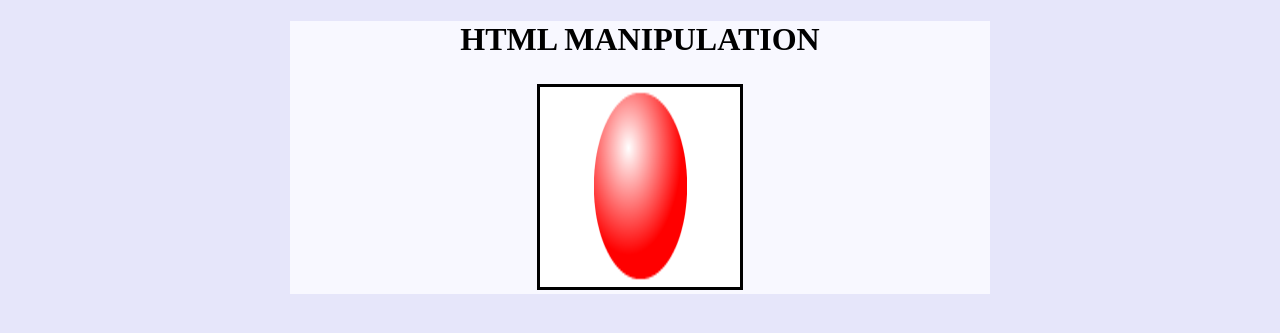
Repository: 2001mariana/jquery
Page: html-manipulation.html
These files come from the project's save history. The page is drawn as it stood at one moment and after the next save; the edit follows.
The browser window is 1280 px wide. The pictures show the whole page.

Above is the page before, as saved 2022-07-27 10:13:57.

### html-manipulation.html
<!DOCTYPE html>
<html>
<head>
    <meta charset='utf-8'>
    <meta http-equiv='X-UA-Compatible' content='IE=edge'>
    <title>Parte 1- select elements</title>
    <meta name='viewport' content='width=device-width, initial-scale=1'>
    <!-- <link rel='stylesheet' type='text/css' media='screen' href='main.css'> -->
    <!-- <script src='main.js'></script> -->
    <script src="https://code.jquery.com/jquery-3.6.0.min.js" integrity="sha256-/xUj+3OJU5yExlq6GSYGSHk7tPXikynS7ogEvDej/m4=" crossorigin="anonymous"></script>
</head>
<body style="background-color: #E6E6FA;">
    <div id="page-size" style="background-color: #F8F8FF;">
      <h1>HTML MANIPULATION</h1>
      <img src="img/esfera_1.png" border="3" />
      </div>
</body>
<script>
$("h1").css("color: #6A5ACD")
$("h1").css("margin-bottom", "26px")
$("body").css("text-align", "center")
$("div#page-size").css("width", "700px")
$("div#page-size").css("margin", "auto")

$('img').attr('style', 'background-color: blue; width: 200px; height: 200px')
</script>
</html>

After the next save:
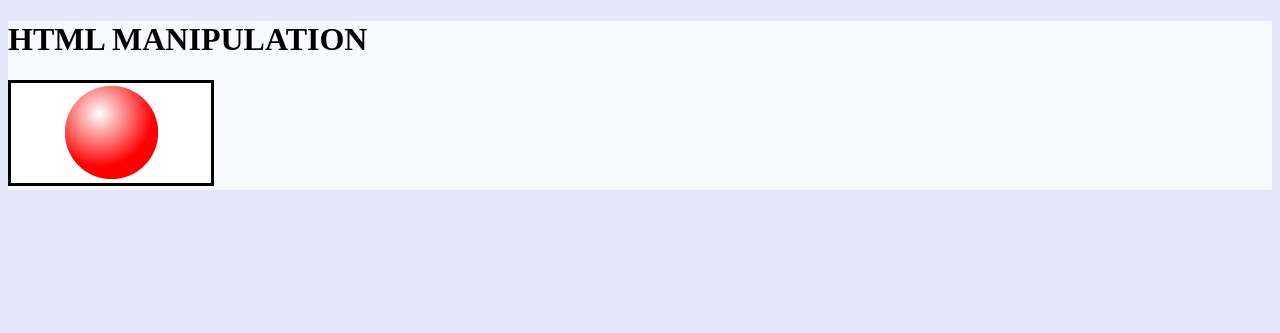
Console error: SyntaxError: Invalid or unexpected token
Saved 4 s later.
--- a/html-manipulation.html
+++ b/html-manipulation.html
@@ -16,7 +16,7 @@
       </div>
 </body>
 <script>
-$("h1").css("color: #6A5ACD")
+$("h1").css('color: #6A5ACD")
 $("h1").css("margin-bottom", "26px")
 $("body").css("text-align", "center")
 $("div#page-size").css("width", "700px")

After the 2 saves that followed:
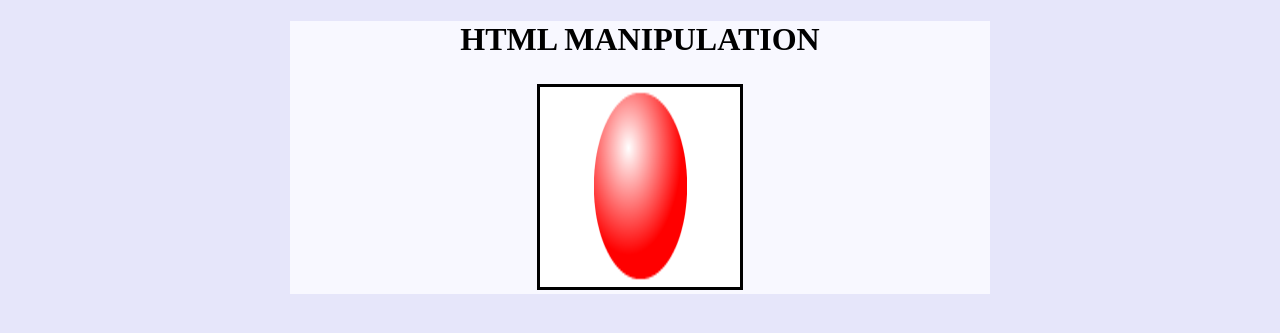
The error is gone.
The 2 saves are shown as one change because they came seconds apart.
The last was saved 5 s later.
--- a/html-manipulation.html
+++ b/html-manipulation.html
@@ -16,7 +16,7 @@
       </div>
 </body>
 <script>
-$("h1").css('color: #6A5ACD")
+$("h1").css("color: #6A5ACD")
 $("h1").css("margin-bottom", "26px")
 $("body").css("text-align", "center")
 $("div#page-size").css("width", "700px")
